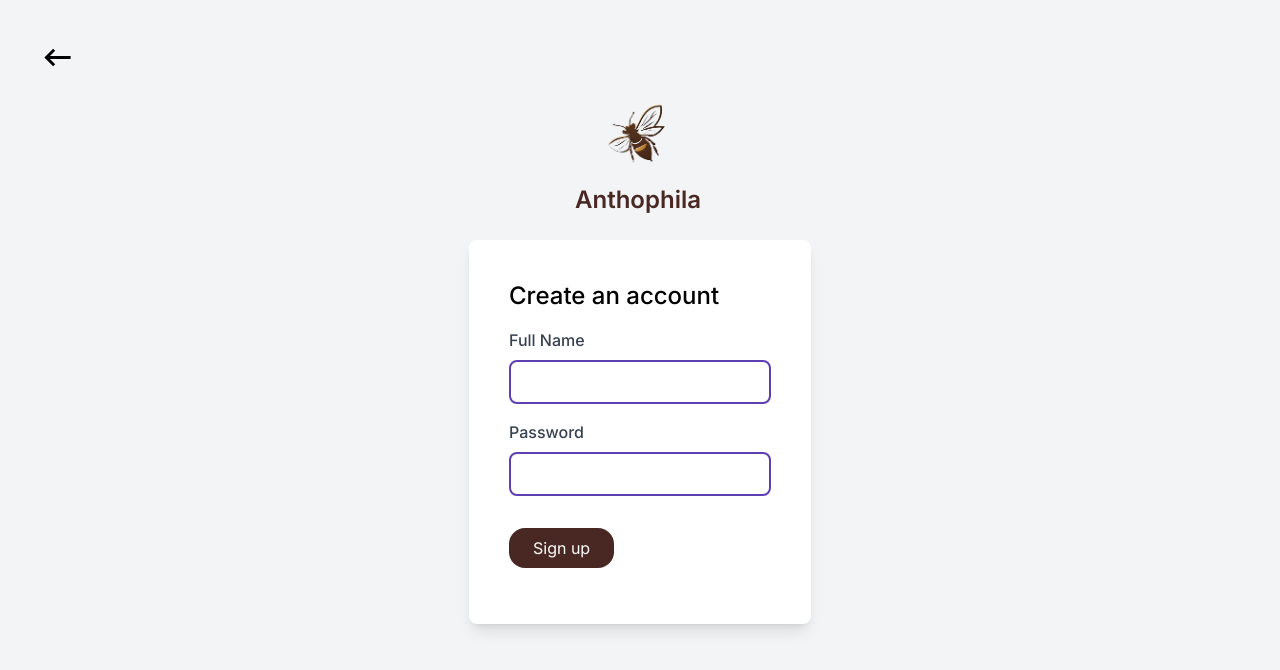
Repository: marcusdashe/anthophila
Page: /signup
These files come from the project's save history. The page is drawn as it stood at one moment and after the next save; the edit follows.
The browser window is 1280 px wide. The pictures show the whole page.
The project was rebuilt for these pictures with package versions that can differ from the ones it lists, and the page was loaded fresh each time. The framework's server and built-in components were replaced by stand-ins that run in the browser. Also part of the build but not shown: next.config.js.

Above is the page before, as saved 2023-03-01 23:39:28.

### pages/_document.js
import { Html, Head, Main, NextScript } from 'next/document'

export default function Document() {
  return (
    <Html lang="en">
      <Head>
        <link rel="preconnect" href="https://fonts.googleapis.com" />
        <link rel="preconnect" href="https://fonts.gstatic.com" crossOrigin />
        <link href="https://fonts.googleapis.com/css2?family=Inter:wght@100;200;300;400;500;600&display=swap" rel="stylesheet" />
      </Head>
      <body>
        <Main />
        <NextScript />
      </body>
    </Html>
  )
}

### pages/signup.js
import React, {useState} from 'react'
import { useRouter } from 'next/router'
import Web3 from 'web3'
import KeyboardBackspaceIcon from '@mui/icons-material/KeyboardBackspace';


const Signup = () => {
  const [ error, setError ] = useState("")
  const [web3, setWeb3] = useState(null)

  const router = useRouter()
  const signingUpAs = router.query.user


  const connectWalletHandler = async (evt) => {
        evt.preventDefault()
          if(typeof window !== "undefined" && window.ethereum !== "undefined"){
             try{
                 await window.ethereum.request({method: "eth_requestAccounts"})
                 setWeb3(new Web3(window.ethereum));
             } catch(error){
                  setError(error.message)
             }

          } else {
              window.alert("Please install metamask")
          }
          if (web3) {
            // Use web3 to interact with the blockchain
            console.log(web3)
            console.log("Connected succesfully")
          }
  }
  return (
    <div className="flex flex-col items-center justify-center h-screen bg-gray-100">
     <figure className='fixed top-10 left-10'><KeyboardBackspaceIcon fontSize='large'/></figure>
      <div className='font-bold text-2xl cursor-pointer flex flex-col items-center text-gray-80 hover:scale-110 duration-500 mb-6'>
            <img src="/assets/logo.png" alt="logo" className="object-scale-down h-20 w-20" />
                <span className='text-2xl text-[#492823] mr-1 pt-2 '>
                    Anthophila
                </span>
      </div>
    <div className="bg-white p-10 rounded-lg shadow-lg">
      <h1 className="text-2xl font-medium mb-4">Create an account</h1>
      <form>
        <div className="mb-4">
          <label htmlFor="name" className="block text-gray-700 font-medium mb-2">Full Name</label>
          <input type="text" id="name" name="name" className="border-[#5F3EB2] border-2 rounded-lg py-2 px-3 w-full" />
        </div>
        <div className="mb-4">
          <label htmlFor="password" className="block text-gray-700 font-medium mb-2">Password</label>
          <input type="password" id="password" name="password" className="border-[#5F3EB2] border-2 rounded-lg py-2 px-3 w-full" />
        </div>

        <button onClick = {connectWalletHandler} className="bg-[#492823] w-150 text-white my-4 py-2 px-6 rounded-2xl md:mr-3 ml-0 hover:bg-[#D5D0ED] hover:text-[#492823] duration-500 hover:scale-110 duration-500  snm:mr-3">Sign up</button>
      </form>

    </div>
    <p className='text-[#AE1B1B] w-[30%]'>{error}</p>
  </div>
);
}



export default Signup

### styles/globals.css
@tailwind base;
@tailwind components;
@tailwind utilities;


@layer base {
    html {

      font-family: 'Inter', sans-serif;
    }
  }

### tailwind.config.js
/** @type {import('tailwindcss').Config} */

module.exports = {
  content: [
    "./app/**/*.{js,ts,jsx,tsx}",
    "./pages/**/*.{js,ts,jsx,tsx}",
    "./components/**/*.{js,ts,jsx,tsx}",
  ],
  theme: {
    extend: {},
  },
  plugins: [],
}

Loaded but not shown: pages/_app.js (common file)

After the next save:
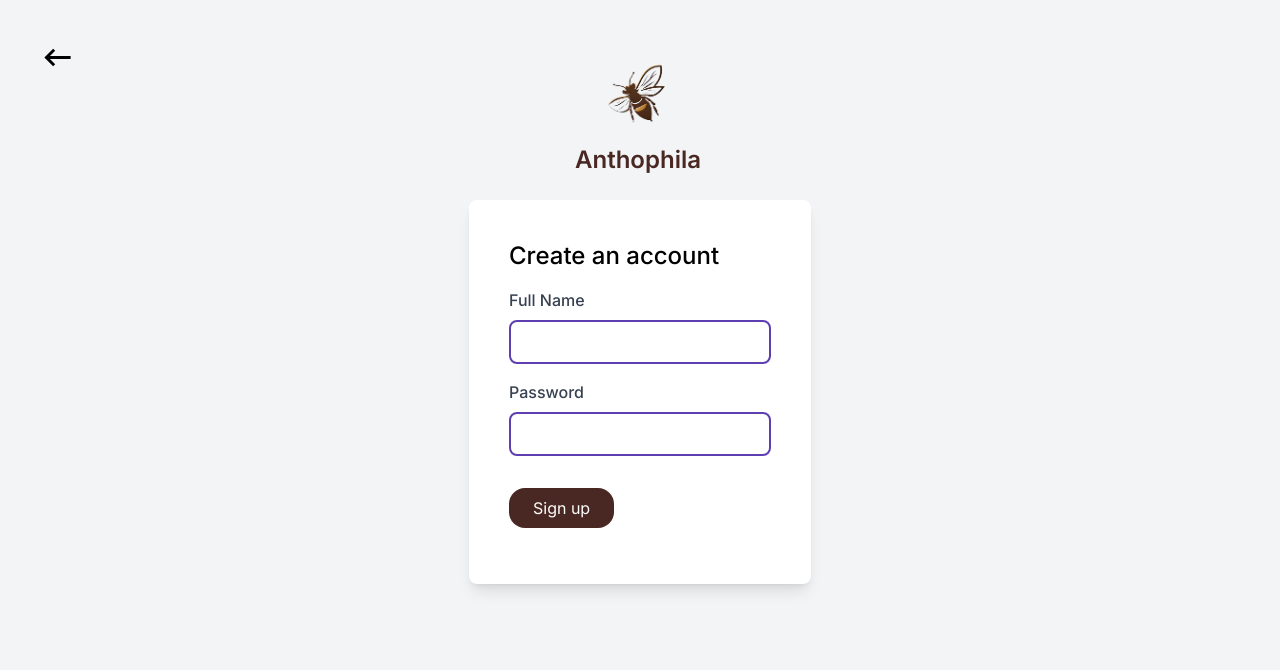
Saved 22 s later.
--- a/pages/signup.js
+++ b/pages/signup.js
@@ -56,7 +56,7 @@ const Signup = () => {
       </form>
 
     </div>
-    <p className='text-[#AE1B1B] w-[30%]'>{error}</p>
+    <p className='text-[#AE1B1B] w-[30%] my-10'>{error}</p>
   </div>
 );
 }
